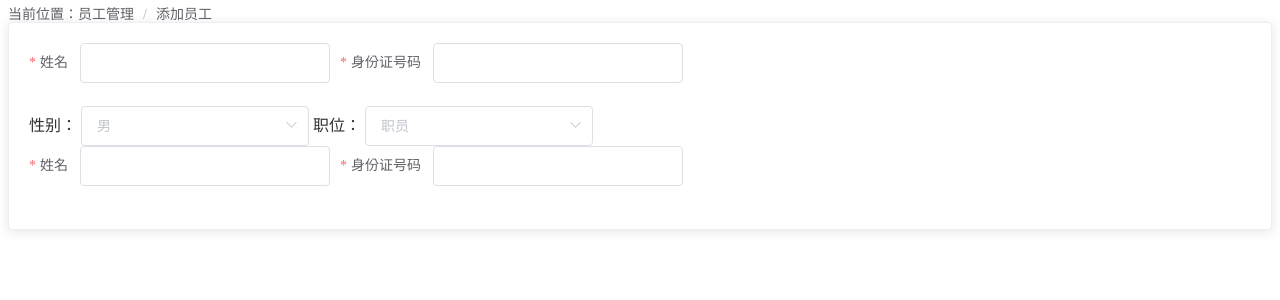
Repository: YUNjwyao/vue_hrm
Page: /#/addEmployee
These files come from the project's save history. The page is drawn as it stood at one moment and after the next save; the edit follows.
The browser window is 1280 px wide. The pictures show the whole page.
The project was rebuilt for these pictures with package versions that can differ from the ones it lists, and the page was loaded fresh each time. Also part of the build but not shown: src/components/Employee/EmployeeQuery.vue.

Above is the page before, as saved 2020-10-15 20:37:47.

After the next save:
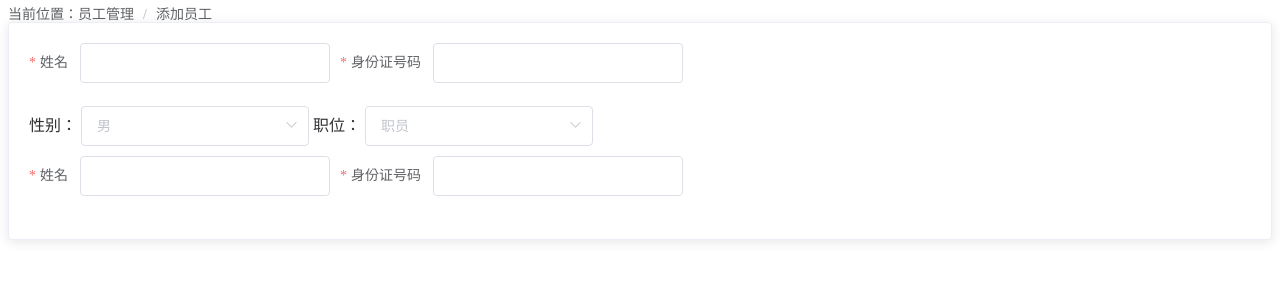
Saved 26 s later.
--- a/src/components/Employee/ShowAddEmployee.vue
+++ b/src/components/Employee/ShowAddEmployee.vue
@@ -121,4 +121,7 @@ export default {
 .el-input {
   width: 250px;
 }
+.el-select{
+	margin-bottom: 10px;
+}
 </style>
